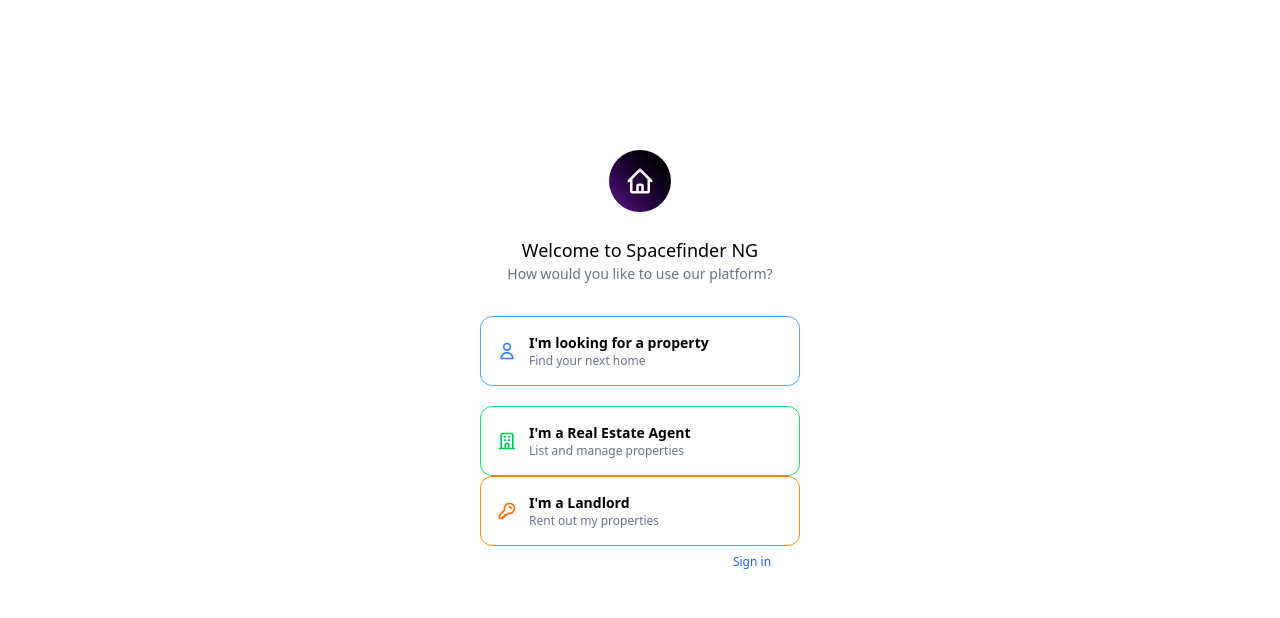
Repository: Em-driod/spotify-clone
Page: /welcome
The author's editor kept a copy of each file at every save. The page is drawn from the files as they stood at one save, then again after the next save.
The browser window is 1280 px wide. The pictures show the whole page.
The project was rebuilt for these pictures with package versions that can differ from the ones it lists, and the page was loaded fresh each time. Also part of the build but not shown: vite.config.ts, src/pages/LandingPage.tsx, src/pages/Back.tsx, src/pages/Change.tsx, src/pages/onboard.tsx, src/pages/Skips.tsx, src/pages/Otp.tsx, src/pages/First.tsx and 6 more.

Above is the page before, as saved 2025-07-09 17:47:06.

After the next save:
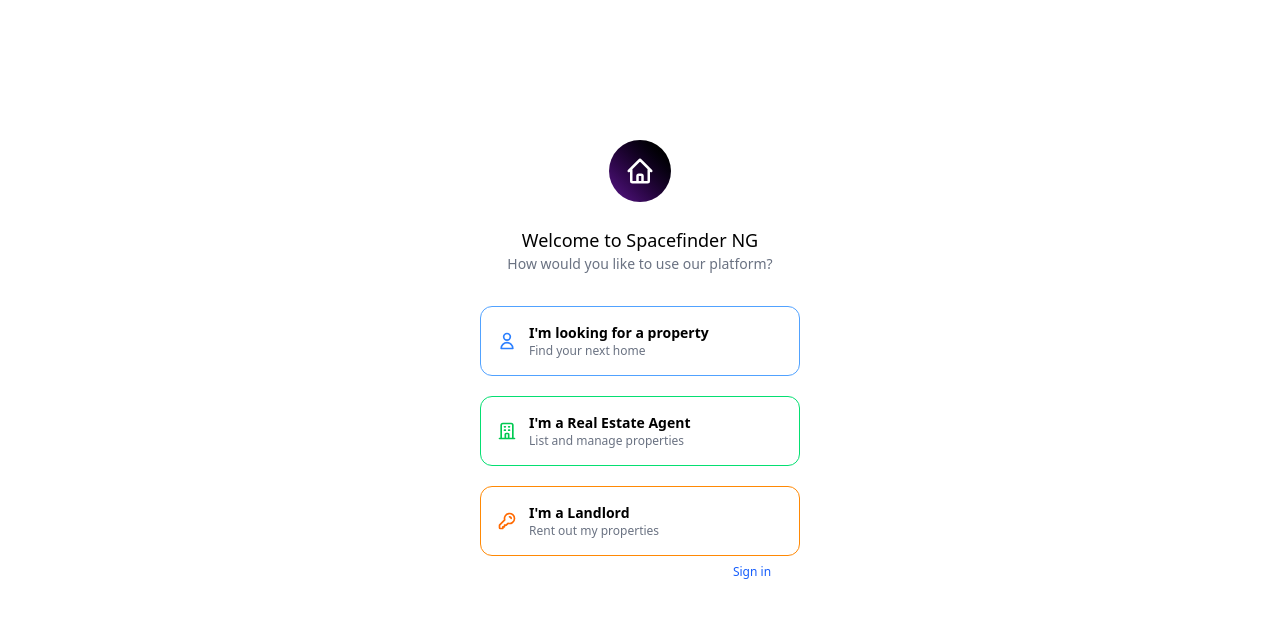
Saved 17 s later.
--- a/src/pages/veryify.tsx
+++ b/src/pages/veryify.tsx
@@ -41,7 +41,7 @@ const Welcome = () => {
         </button>
          </Link>
  <Link to="/back">
-        <button className="w-full border border-orange-400 rounded-xl p-4 flex items-center gap-3 hover:bg-orange-50 transition">
+        <button className="w-full border mt-5 border-orange-400 rounded-xl p-4 flex items-center gap-3 hover:bg-orange-50 transition">
           <HiOutlineKey className="text-orange-500 text-xl" />
           <div className="text-left">
 
